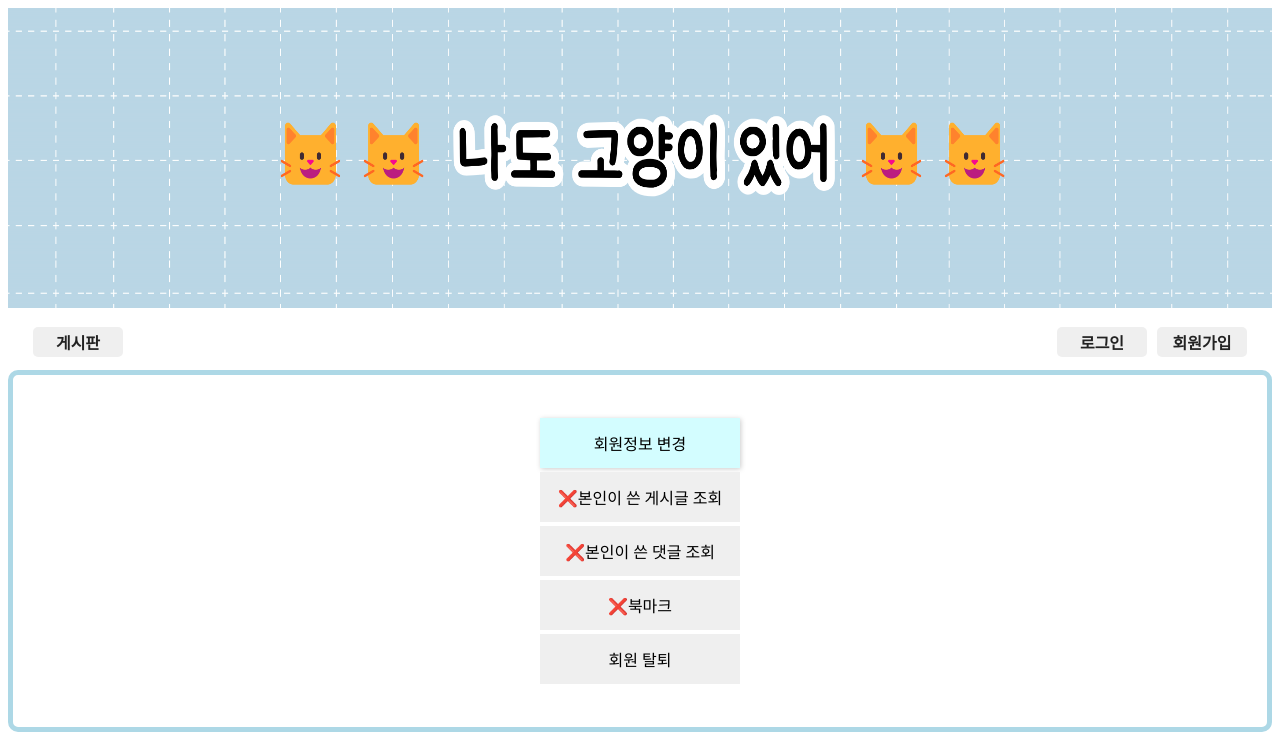
Repository: hh7711/Goit
Page: http://localhost/Goit/WEB-INF/views/myPage.jsp
These files come from the project's save history. The page is drawn as it stood at one moment and after the next save; the edit follows.
The browser window is 1280 px wide. The pictures show the whole page.
The pointer rests on the first visible `.tableBtn`.
Some web fonts or font styles are not loaded; a fallback is used. The page is served by Tomcat 9. Nobody is signed in. Other server files are loaded and not shown. The template is opened directly, without the code that normally fills it, so the values that code supplies are empty.

Above is the page before, as saved 2023-08-06 14:21:02.

### Goit/src/main/webapp/WEB-INF/views/myPage.jsp
<%@ page language="java" contentType="text/html; charset=UTF-8"
    pageEncoding="UTF-8"%>
<%@ taglib prefix="c" uri="http://java.sun.com/jsp/jstl/core" %>
<!DOCTYPE html>
<html>
<head>
<meta charset="UTF-8">
<title>나도 고양이 있어</title>
	<style type="text/css">
		@font-face {
		    font-family: 'Dovemayo_gothic';
		    src: url('https://cdn.jsdelivr.net/gh/projectnoonnu/noonfonts_2302@1.1/Dovemayo_gothic.woff2') format('woff2');
		    font-weight: normal;
		    font-style: normal;
		}
		body,button {
			font-family: 'Dovemayo_gothic';
		}
		#main1{
			border: 5px solid lightblue;
			border-radius: 10px;
			padding: 20px;
		}
		.headBtnDiv{
			margin-bottom: 30px; margin-top: 10px;
			margin-left: 20px; margin-right: 20px;
		}
		.headBtn{
        	border: 0.5px;
        	width: 90px;
        	height: 30px;
        	color: rgb(34, 34, 34);
        	border-radius: 5px;
        	font-size: medium;
        	font-weight: bold;
        	margin-top: 5px; margin-left: 5px; margin-right: 5px; margin-bottom: 30px;
        }
        .headBtn:hover{
        	background-color: rgb(211, 253, 255);
        	box-shadow: 1px 1px 5px #ccc;
        }
        .headId{
        	font-size: medium;
        	font-weight: bold;
        	margin-top: 8px; margin-left: 5px; margin-right: 5px; margin-bottom: 10px;
        }
        .BtnDiv{
        	margin-left: auto; margin-right: auto;
        }
        table{
            margin-left: auto; margin-right: auto;
            padding: 20px;
            border-radius: 5px;
        }
        .tableBtn{
        	border: none;
        	width: 200px;
        	height: 50px;
        	font-size: 1em;
        }
        .tableBtn:hover {
			background-color: rgb(211, 253, 255);
        	box-shadow: 1px 1px 5px #ccc;
		}
	</style>
</head>
<body>
	<div>
		<a href="mainPage">
			<img style="height: 300px;" alt="오류" src="resources/main/main15.png" width="100%">
		</a>
	</div>
	<div class="headBtnDiv">
		<button type="button" class="headBtn" style="float: left;" onclick="location.href='boardList'">게시판</button>
		<c:if test="${dto == null}">
			<button type="button" class="headBtn" style="float: right;" onclick="location.href='signUpPage'">회원가입</button>&nbsp;
			<button type="button" class="headBtn" style="float: right;" onclick="location.href='signInPage'">로그인</button>
		</c:if>
		<c:if test="${dto != null}">
			<button type="button" class="headBtn" style="float: right;" onclick="location.href='signOut'">로그아웃</button>&nbsp;
			<button type="button" class="headBtn" style="float: right;" onclick="location.href='myPage'">마이페이지</button>
			<span class="headId" style="float: right;">${dto.id}님</span>
		</c:if>
	</div>
	<div id="main1">
		<div id="main2">
			<div class="BtnDiv"><!-- 본문 -->
				<table>
					<tr>
						<td>
							<div>
								<button type="button" id="memberInfo" class="tableBtn">회원정보 변경</button>
							</div>
						</td>
					</tr>
					<tr>
						<td>
							<div>
								<button type="button" class="tableBtn" onclick="location.href='#'">❌본인이 쓴 게시글 조회</button>
							</div>
						</td>
					</tr>
					<tr>
						<td>
							<div>
								<button type="button" class="tableBtn" onclick="location.href='#'">❌본인이 쓴 댓글 조회</button>
							</div>
						</td>
					</tr>
					<tr>
						<td>
							<div>
								<button type="button" class="tableBtn" onclick="location.href='#'">❌북마크</button>
							</div>
						</td>
					</tr>
					<tr>
						<td>
							<div>
								<button type="button" class="tableBtn" id="memberDelete">회원 탈퇴</button>
							</div>
						</td>
					</tr>
				</table>
			</div><!-- 본문 -->
		</div><!-- main1 -->
	</div><!-- main2 -->
	<form id="formId" name="formId" method="post">
		<input type="hidden" value="${dto.id}" name="id">
	</form>
	<script src="https://ajax.googleapis.com/ajax/libs/jquery/3.3.1/jquery.min.js"></script>
    <script type="text/javascript">
    	$("#memberInfo").on("click", function() {
    		console.log("눌러는지니?");
    		$("#formId").attr("action", "memberInfoPage");
    		console.log($("#formId input[name='id']").val());
    		$("#formId").submit();
    	});
    	$("#memberDelete").on("click", function() {
    		console.log("눌러는지니?");
    		$("#formId").attr("action", "memberDeletePage");
    		console.log($("#formId input[name='id']").val());
    		$("#formId").submit();
    	});
    </script>
</body>
</html>

After the next save:
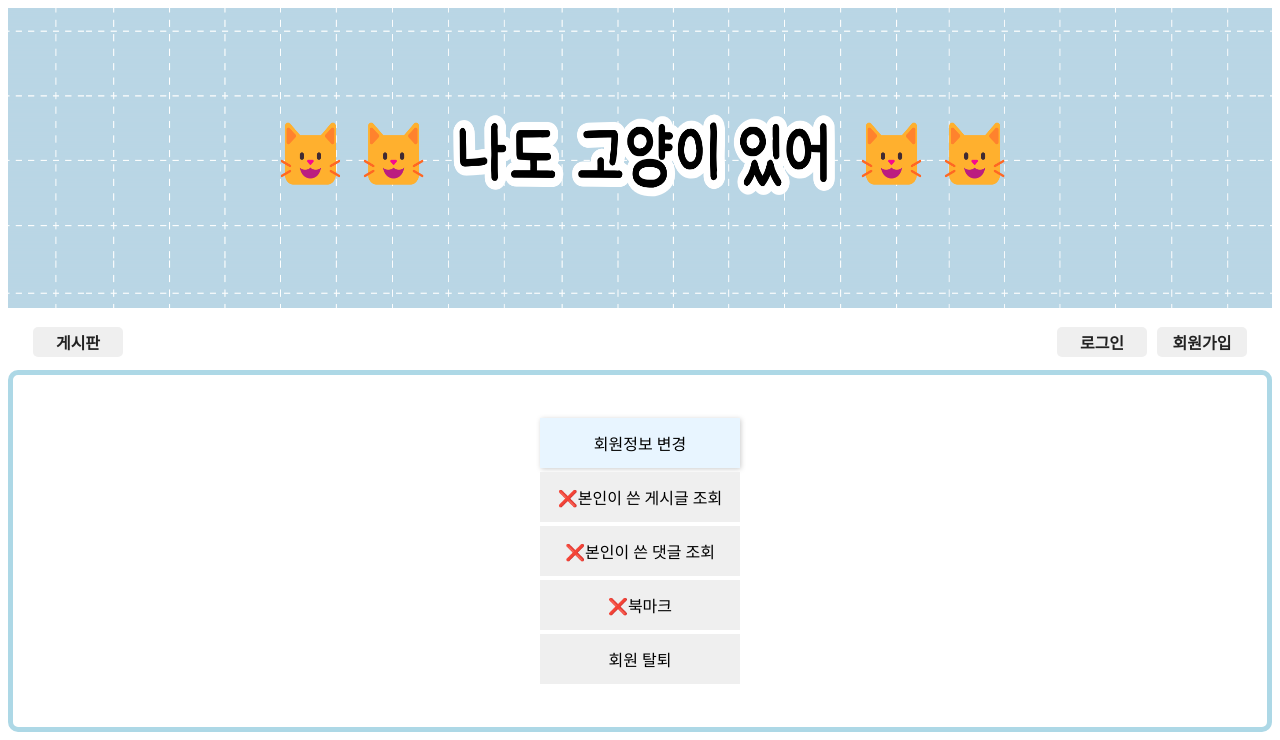
Saved 24 s later.
--- a/Goit/src/main/webapp/WEB-INF/views/myPage.jsp
+++ b/Goit/src/main/webapp/WEB-INF/views/myPage.jsp
@@ -59,7 +59,7 @@
         	font-size: 1em;
         }
         .tableBtn:hover {
-			background-color: rgb(211, 253, 255);
+			background-color: #E8F5FF;
         	box-shadow: 1px 1px 5px #ccc;
 		}
 	</style>
